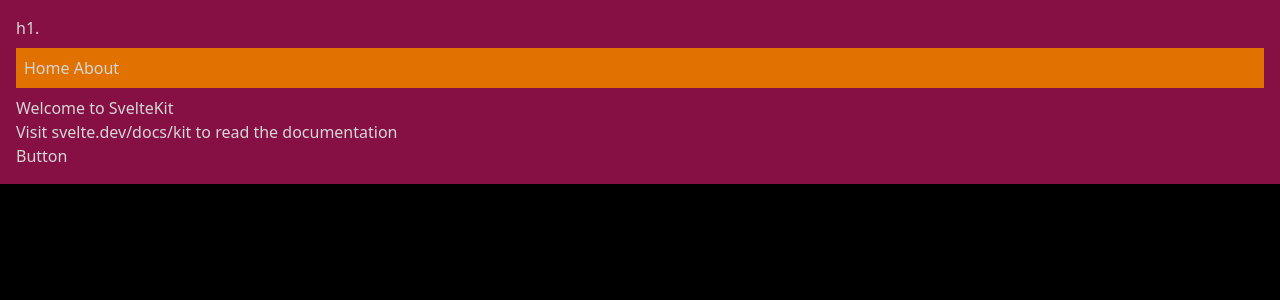
Repository: eyassud/notenow
Page: /
The author's editor kept a copy of each file at every save. The page is drawn from the files as they stood at one save, then again after a run of saves.
The browser window is 1280 px wide. The pictures show the whole page.
The project was rebuilt for these pictures with package versions that can differ from the ones it lists, and the page was loaded fresh each time. The framework's server and built-in components were replaced by stand-ins that run in the browser. Also part of the build but not shown: svelte.config.js, vite.config.ts.

Above is the page before, as saved 2025-12-11 16:12:00.

After the next 2 saves:
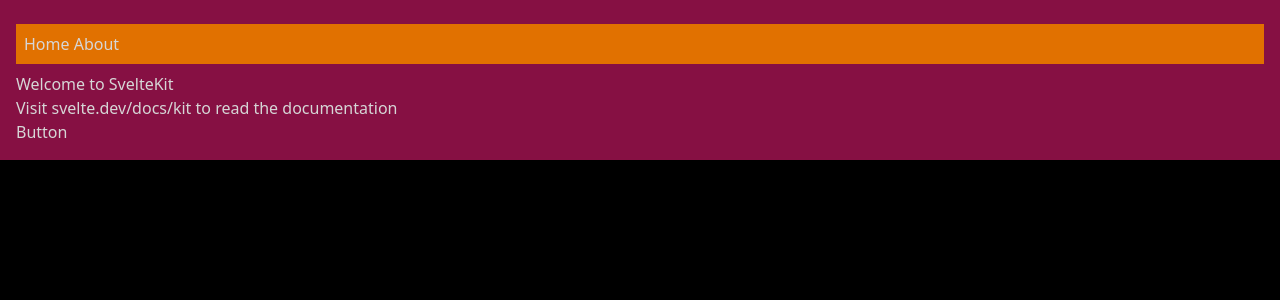
The 2 saves are shown as one change because they came seconds apart.
The last was saved 7 s later.
--- a/src/routes/+layout.svelte
+++ b/src/routes/+layout.svelte
@@ -10,7 +10,7 @@
 </svelte:head>
 
 <div class="bg-pink-900 p-4">
-	h1.
+	<h1 class="text-3xl"></h1>
 	<nav class="my-2 bg-amber-600 p-2">
 		<ul class="flex gap-2">
 			<li>
